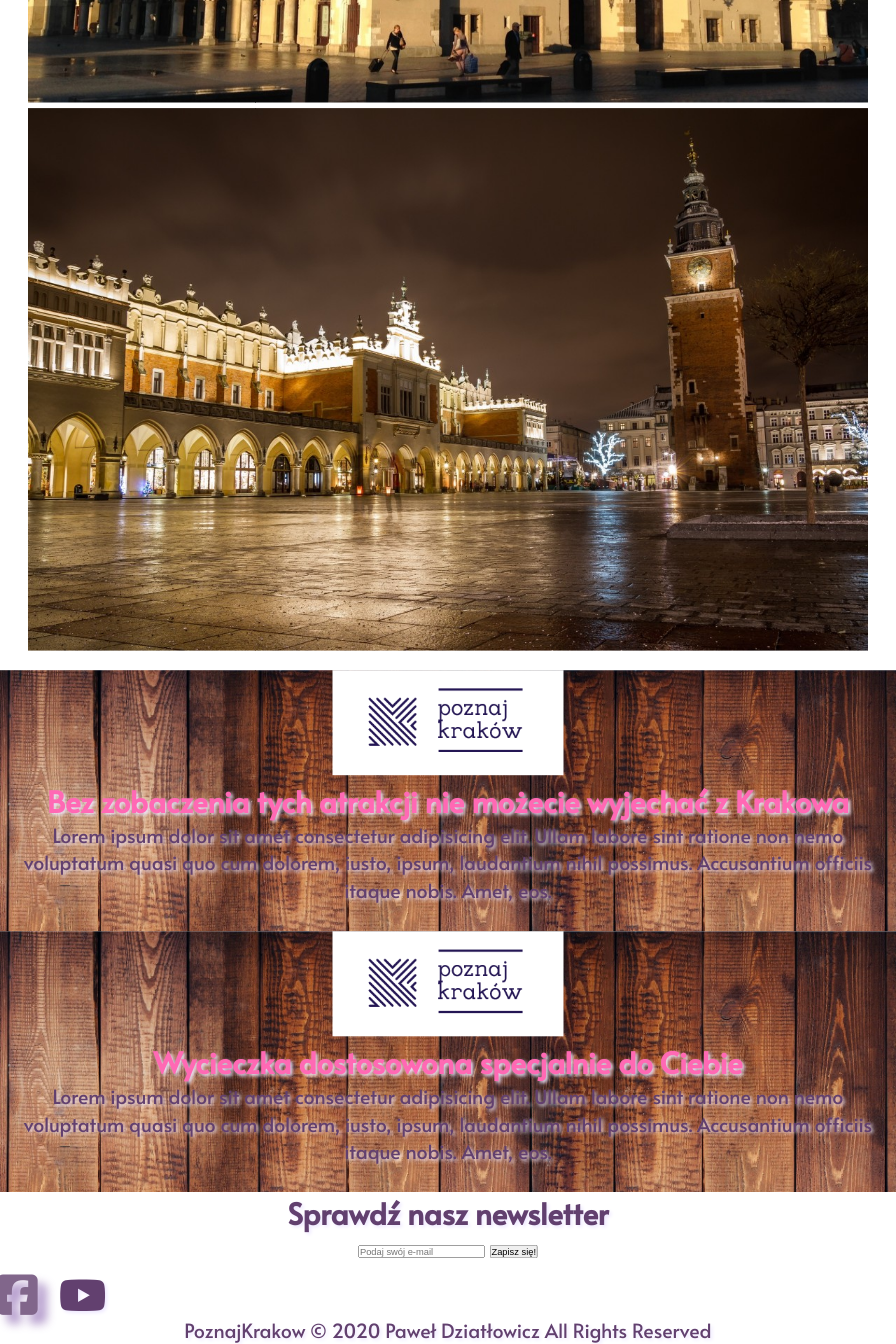
Repository: DZIALEK/projekt1
Page: projekt1.html
An editor plug-in stored every save of this project. The page is shown before and after the next save, followed by the edit.
The browser window is 1280 px wide. The pictures show the part of the page from y = 2828 to 4748 px (the page is 4748 px tall), at 70% of full size.
The pointer rests on the first visible `.social-media i`.
Some icons come from a web library that is not loaded, so they are not drawn. A picture or video elsewhere on the page could not be fetched, so the positions and the page height are approximate. Some web libraries are served in a nearby version.

Above is the page before, as saved 2020-07-15 00:50:52.

### projekt1.html
<!DOCTYPE html>
<html lang="pl=pl">
<head>
    <meta charset="UTF-8">
    <meta name="viewport" content="width=device-width, initial-scale=1.0">
    <title>Poznaj Kraków</title>
    <link rel="stylesheet" href="projekt1.css">
    <script src="https://kit.fontawesome.com/47e99c0280.js" crossorigin="anonymous"></script>
 </head>
<body>
    <header>
        <video autoplay muted loop id="video_header">
            <source src="dodatki/cracow_movie_lc.mp4">
        </video>
        <div class="logo">
            <a href="#">
                <img src="dodatki/logo_L.png" alt="Tutaj jest logo Poznaj Kraków">
            </a>
        </div>
        <div class="top">
            <h1>Poznaj Kraków</h1>
            <p>Od 1989r. skutecznie zarażamy miłością do Krakowa</p>
            <a href="#">SPRAWDŹ NAS!</a>
        </div>
        <nav>
            <ul>
                <li><a href="#">START</a></li>
                <li><a href="#">CO ZWIEDZAĆ</a></li>
                <li><a href="#">WYCIECZKI</a></li>
                <li><a href="#">CENNIK</a></li>
                <li><a href="#">O NAS</a></li>
            </ul>
        </nav>
    </header>
    <main>
        <section class="section-welcome">
            <h1 class="section-header">
               Witaj na naszej stronie !
            </h1>
            <img src="dodatki/foto3.jpg" alt="Tutaj jest zdjęcie Krakowa1">
            <img src="dodatki/foto2.jpg" alt="Tutaj jest zdjęcie Krakowa2">
        </section>
        <section class="section-welcome2">
            <img src="dodatki/foto1.jpg" alt="Tutaj jest zdjęcie Krakowa3">
            <img src="dodatki/foto4.jpg" alt="Tutaj jest zdjęcie Krakowa4">
        </section>
        <section class="section-best">
            <div class="section-best-img"></div>
            <img src="dodatki/logo_L.png" alt="">
            <h2>Bez zobaczenia tych atrakcji nie możecie wyjechać z Krakowa</h2>
            <p>Lorem ipsum dolor sit amet consectetur adipisicing elit. Ullam labore sint ratione non nemo voluptatum quasi quo cum dolorem, iusto, ipsum, laudantium nihil possimus. Accusantium officiis itaque nobis. Amet, eos.</p>
            </div>
        </section>
        <section class="section-best2">
            <div class="section-best2-img">
            <img src="dodatki/logo_L.png" alt="">
            <h2>Wycieczka dostosowona specjalnie do Ciebie</h2>
            <p>Lorem ipsum dolor sit amet consectetur adipisicing elit. Ullam labore sint ratione non nemo voluptatum quasi quo cum dolorem, iusto, ipsum, laudantium nihil possimus. Accusantium officiis itaque nobis. Amet, eos.</p>
            </div>
        </section>
    <!-- zrobić wyczieczkę typu: Krakowianie ich znienawidzili wycieczka 5dni w okół Krakowa -->
    <section class="section-newsletter">
    <div class="newsteletter-wrapper">
        <h2>Sprawdź nasz newsletter</h2>
        <form action="" method="">
            <input type="email" placeholder="Podaj swój e-mail">
            <button type="submit">Zapisz się!</button>
        </form>
    </div>
    </section>
    <div class="social-media">
        <a href="#"><i class="fab fa-facebook-square"></i></a>
        <a href="#"><i class="fab fa-youtube"></i></a>
        <a href="#"><i class="fab fa-tripadvisor"></i></a>
    </div>
    </main>

    <footer>
        PoznajKrakow &copy; 2020 Paweł Dziatłowicz All Rights Reserved
    </footer>
</body>
</html>

### projekt1.css
@import url('http://fonts.googleapis.com/css?family=Alata&subset=latin,latin-ext');

* {
    margin: 0;
    padding: 0;
    box-sizing: border-box;
}

html{
    scroll-behavior: smooth;
  }

body {
    background-color: #FFFFFF;
    color: #62406F; text-shadow: #EEE8FF 0.1em 0.1em 0.2em;
    /* CDCCCC */
    font-family: 'Alata', sans-serif;
    font-size: 28px;
    width: 100%;
}

a {
    text-decoration: none;
}

section {
    text-align: center;
}

footer {
    text-align: center;
}

img {
    max-width: 100%;
}

div {
    width: 100%;
    height: 100%;
}

#video_header {
    min-width: 100%;
    min-height: 100%;
    position: relative;
    bottom: 0;
    right: 0;
}

.logo {
    position: fixed;
    top: 10px;
    left: 85%;
    width: 100%;
}

.logo img {
    width: 120px;
}

.top h1 {
    position: absolute;
    left: 50%;
    top: 30%;
    transform: translate(-50%, -50%);
    font-size: 100px;
}

.top h1~p {
    position: absolute;
    left: 50%;
    top: 45%;
    margin-top: 20px;
    transform: translate(-50%, -50%);
    font-size: 30px;
}

.top h1~a {
    position: absolute;
    left: 50%;
    top: 55%;
    transform: translate(-50%, -50%);
    text-align: center;
    border: 2px solid #d6caf8;
    padding: 10px 15px;
    font-size: 40px;
}

nav {
    box-shadow: 1px 1px 1px 1px #352564;
}

nav ul {
    list-style-type: none;
    width: 100%;
}

nav li {
    position: relative;
    text-align: center;
}

nav a {
    transition: 0.5s;
}

nav a:hover {
    color: #c386cf;
    text-shadow: 0 0 0.1em #271B2B, 0 0 0.1em #271B2B, 0 0 0.1em #271B2B;
    /* text-shadow: #271B2B 0.1em 0.1em 0.1em; */
    /* #EEE8FF  */
}

.section-welcome {
    position: relative;
    top: 50px;
    margin-bottom: 50px;
}

.section-welcome h1 {
    margin-bottom: 60px;
    font-size: 40px;
    color: greenyellow;
     font-weight: 100;
}

.section-welcome2 {
    position: relative;
    margin: 20px auto;
}

.section-best {
    position: relative;
    margin: 0px auto;
    background-image: url(/dodatki/bg1.jpg);
    background-size: cover;
}

.section-best-img {
    width: 100%;
}


.section-best h2 {
    color: hotpink;
}

.section-best p {
    padding-bottom: 40px;
}

.section-best2 {
    position: relative;
    margin: 0px auto;
    background-image: url(/dodatki/bg1.jpg);
    background-size: cover;
}

.section-best2-img {
    width: 100%;
}


.section-best2 h2 {
    color: hotpink;
}

.section-best2 p {
    padding-bottom: 40px;
}

.social-media i {
    color: #62406F;
    text-align: center;
    margin-top: 20px;
    font-size: 60px;
    transition: 2s;
    letter-spacing: 25px;
}

.social-media i:hover {
    /* color: #ff792b; */
    opacity: 0.8;
    text-shadow: #a587c2 0.2em 0.2em 0.2em;
    transform: scale(1.1,1.1);
    transition-duration: 250ms;
    transition-timing-function: ease-out;
}

After the next save:
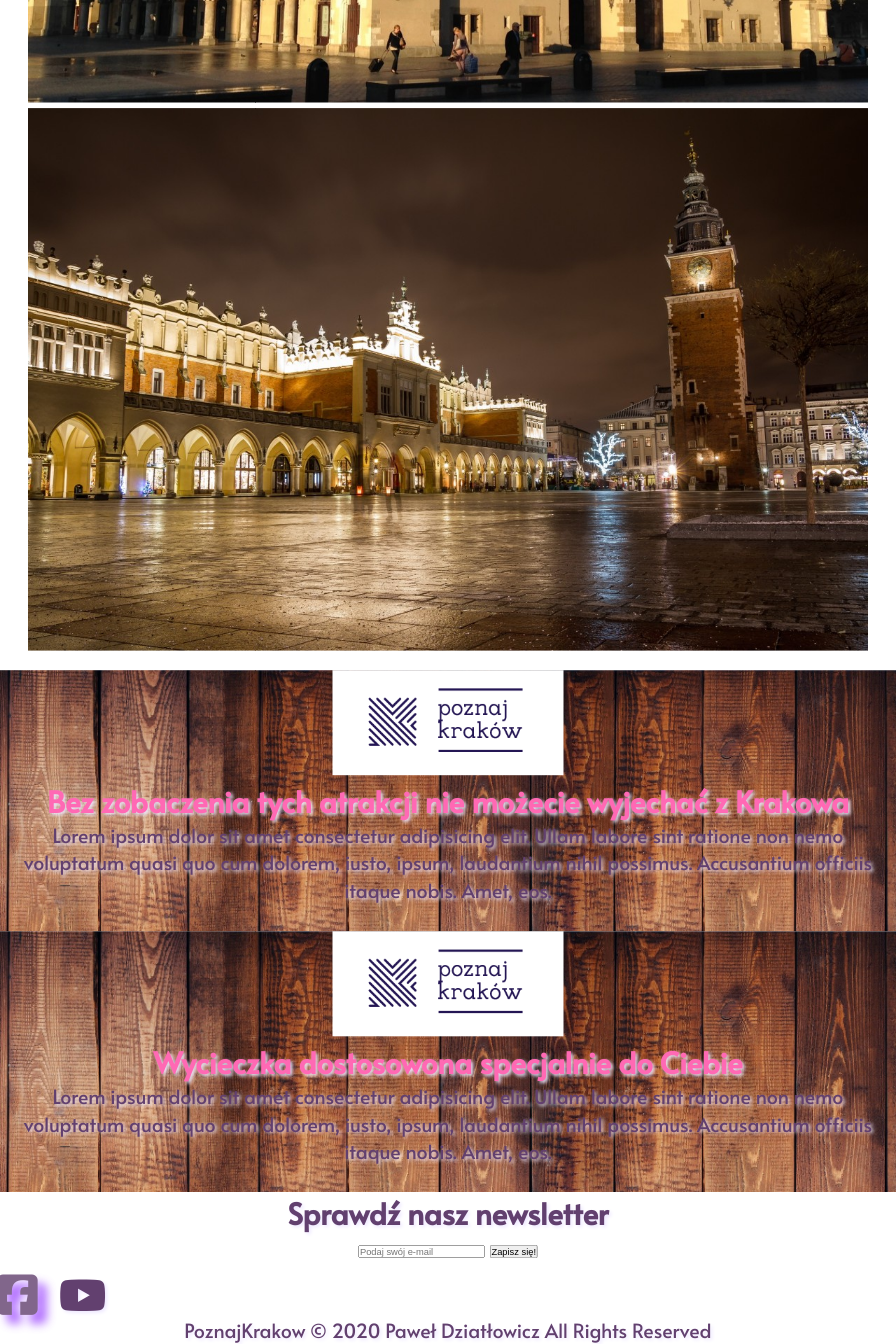
Saved 51 s later.
--- a/projekt1.css
+++ b/projekt1.css
@@ -182,7 +182,7 @@ nav a:hover {
 .social-media i:hover {
     /* color: #ff792b; */
     opacity: 0.8;
-    text-shadow: #a587c2 0.2em 0.2em 0.2em;
+    text-shadow: #a251ff 0.2em 0.2em 0.2em;
     transform: scale(1.1,1.1);
     transition-duration: 250ms;
     transition-timing-function: ease-out;
